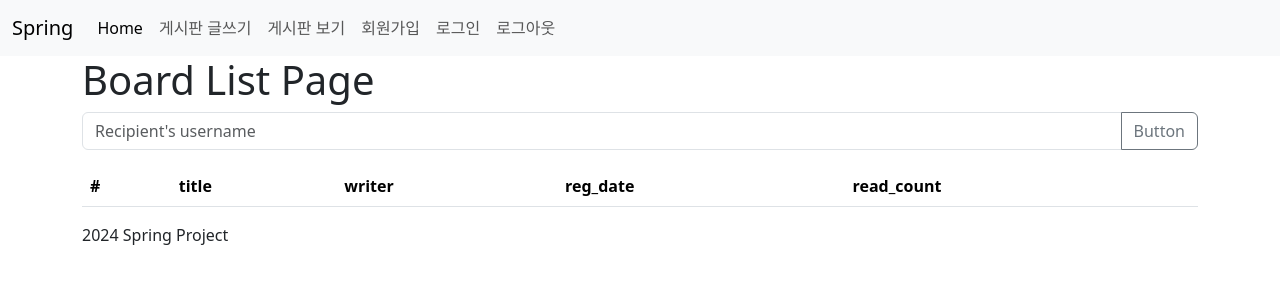
Repository: havanara/240423_SPRING_Project
Page: http://localhost/spring_study/WEB-INF/views/board/list.jsp
These files come from the project's save history. The page is drawn as it stood at one moment and after the next save; the edit follows.
The browser window is 1280 px wide. The pictures show the whole page.
The page is served by Tomcat 9. Nobody is signed in. The template is opened directly, without the code that normally fills it, so the values that code supplies are empty.

Above is the page before, as saved 2024-04-24 08:11:16.

After the next save:
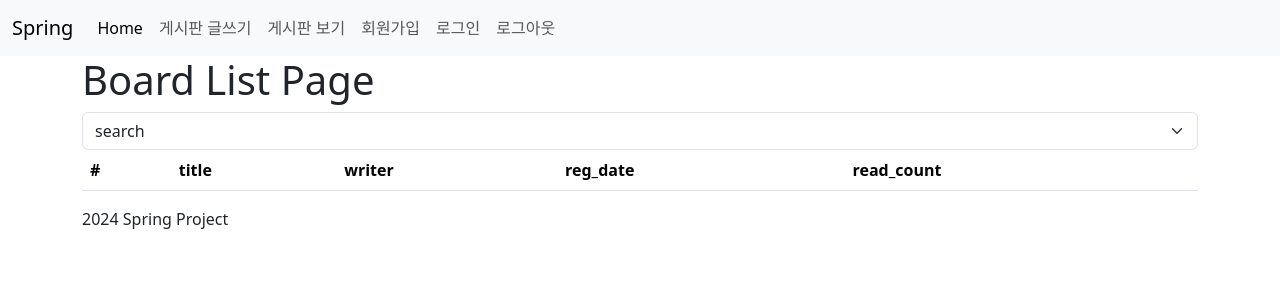
Saved 75 s later.
--- a/spring_study/src/main/webapp/WEB-INF/views/board/list.jsp
+++ b/spring_study/src/main/webapp/WEB-INF/views/board/list.jsp
@@ -9,10 +9,15 @@
 
 	<!-- 검색 라인 -->
 	<form action="">
-		<div class="input-group mb-3">
-		  	<input type="text" class="form-control" placeholder="Recipient's username" aria-label="Recipient's username" aria-describedby="button-addon2">
-		  	<button class="btn btn-outline-secondary" type="button" id="button-addon2">Button</button>
-		</div>
+	  	<div class="col-auto">
+		    <label class="visually-hidden" for="autoSizingSelect">Preference</label>
+		    <select class="form-select" id="autoSizingSelect">
+		      <option selected>search</option>
+		      <option value="1">One</option>
+		      <option value="2">Two</option>
+		      <option value="3">Three</option>
+		    </select>
+	  	</div>
 	</form>
 
 	<table class="table table-hover">
